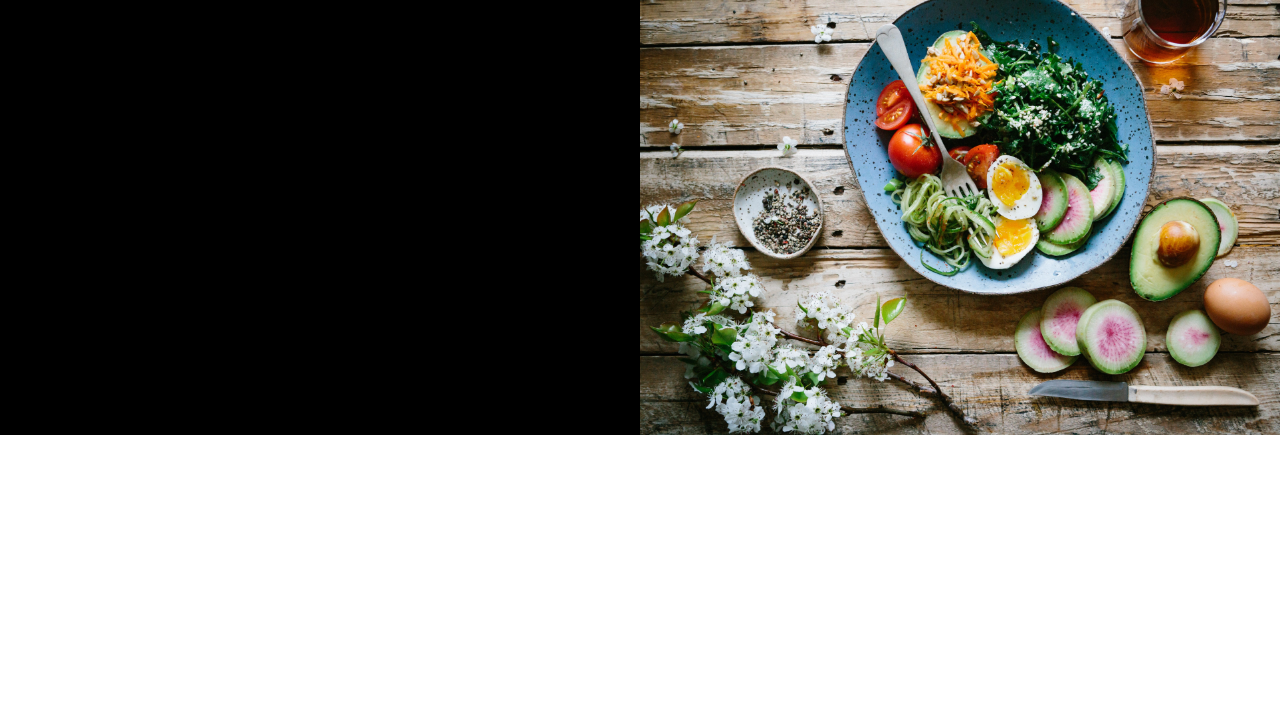
Repository: chandra11148/Foodie
Page: / (app in Frontend/)
These files come from the project's save history. The page is drawn as it stood at one moment and after the next save; the edit follows.
The browser window is 1280 px wide. The pictures show the whole page.
The project was rebuilt for these pictures with package versions that can differ from the ones it lists, and the page was loaded fresh each time. Also part of the build but not shown: Frontend/vite.config.ts.

Above is the page before, as saved 2024-02-25 10:21:17.

### Frontend/index.html
<!doctype html>
<html lang="en">
  <head>
    <meta charset="UTF-8" />
    <link rel="icon" type="image/svg+xml" href="/vite.svg" />
    <meta name="viewport" content="width=device-width, initial-scale=1.0" />
    <title>Foodie</title>
  </head>
  <body>
    <div id="root"></div>
    <script type="module" src="/src/main.tsx"></script>
  </body>
</html>

### Frontend/src/App.tsx
import { Suspense, useState } from "react";
import { createBrowserRouter, RouterProvider } from "react-router-dom";
import { Landing } from "./pages/Landing";

function App() {
  const router = createBrowserRouter([
    {
      path: "/",
      element: <Landing/>,
      errorElement: <div>ErrorPage</div>,
    },
  ]);

  return (
    <>
      <div className="container w-[100vw] h-[100vh">
        <Suspense fallback={<div>Loading</div>}>
          <RouterProvider
            router={router}
            fallbackElement={<div>Fallback Element</div>}
          />
        </Suspense>
      </div>
    </>
  );
}

export default App;

### Frontend/src/index.css
@import url('https://fonts.googleapis.com/css2?family=Fraunces:ital,opsz,wght@0,9..144,100..900;1,9..144,100..900&display=swap');

@tailwind base;
@tailwind components;
@tailwind utilities;

### Frontend/src/pages/Landing/index.tsx
import recipeOne from "../../assets/recipe-one.jpg";

export const Landing = () => {
  return (
    <div className="container bg-black text-white h-[100%] flex flex-col-reverse md:flex-row w-full">
      <div className="w-full h-full"></div>
      <div className="w-full h-full">
        <img
          src={recipeOne}
          alt="A dish with food recipes"
          className="w-full h-full object-center object-cover"
        />
      </div>
    </div>
  );
};

### Frontend/tailwind.config.js
/** @type {import('tailwindcss').Config} */
export default {
  content: [
    "./index.html",
    "./src/**/*.{js,ts,jsx,tsx}",
  ],
  theme: {
    extend: {
      screens: {
        'sm': '640px',
        // => @media (min-width: 640px) { ... }

        'md': '768px',
        // => @media (min-width: 768px) { ... }

        'lg': '1024px',
        // => @media (min-width: 1024px) { ... }

        'xl': '1280px',
        // => @media (min-width: 1280px) { ... }

        '2xl': '1536px',
        // => @media (min-width: 1536px) { ... }
      },
      fontFamily: {
        sans: ["Fraunces","serif"],
      }
    },
  },
  plugins: [],
}

Loaded but not shown: Frontend/src/main.tsx (common file)

After the next save:
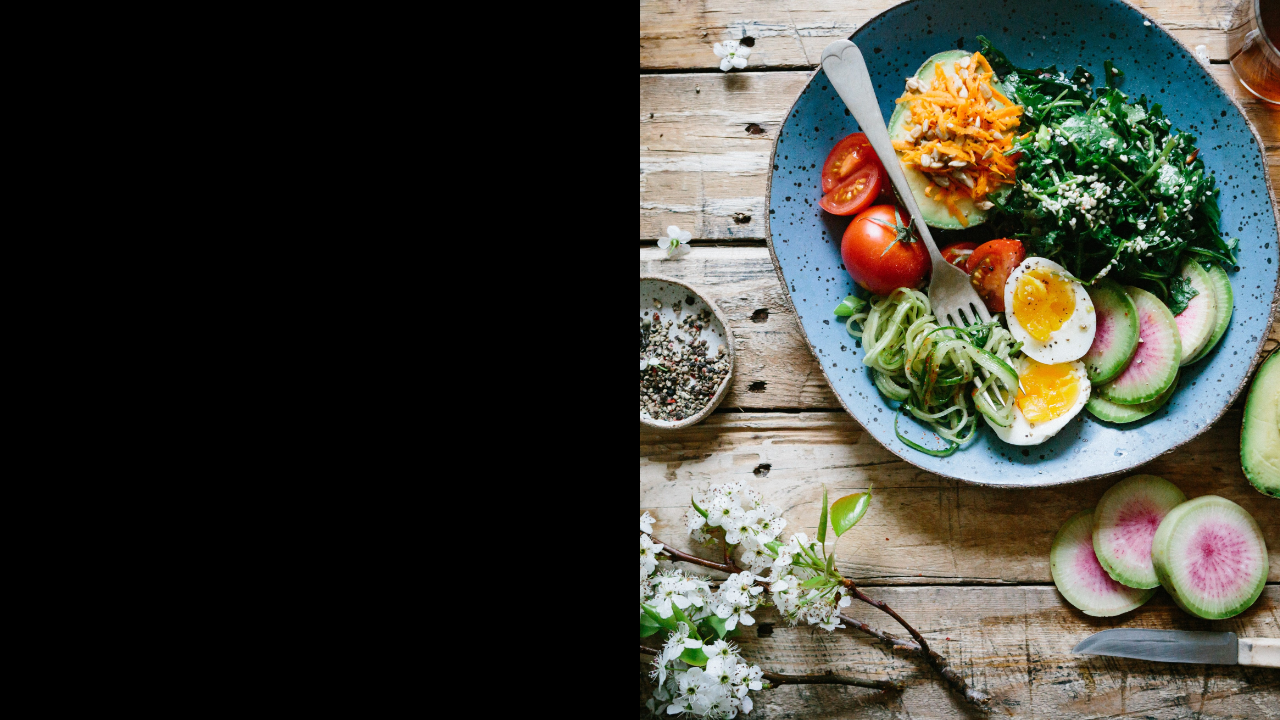
Saved 47 s later.
--- a/Frontend/src/App.tsx
+++ b/Frontend/src/App.tsx
@@ -13,7 +13,7 @@ function App() {
 
   return (
     <>
-      <div className="container w-[100vw] h-[100vh">
+      <div className="container w-[100vw] h-[100vh]">
         <Suspense fallback={<div>Loading</div>}>
           <RouterProvider
             router={router}
